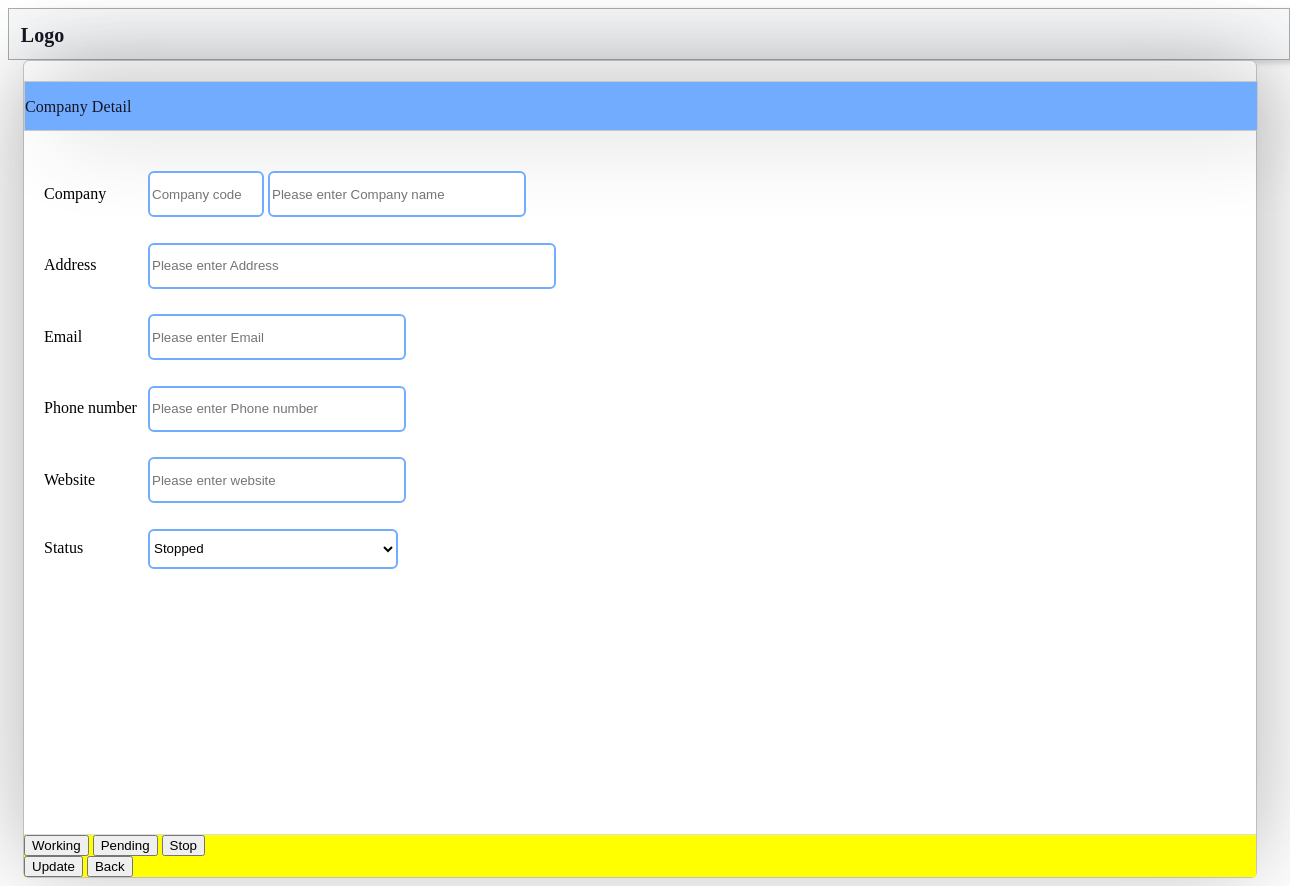
Repository: Zain1409/company
Page: client/html/CompanyDetail.html
An editor plug-in stored every save of this project. The page is shown before and after the next save, followed by the edit.
The browser window is 1280 px wide. The page is 1290 px wide, so the pictures cover 1290 px, including what lies to the right of the window. The pictures show the whole page.

Above is the page before, as saved 2021-04-04 21:37:02.

After the next save:
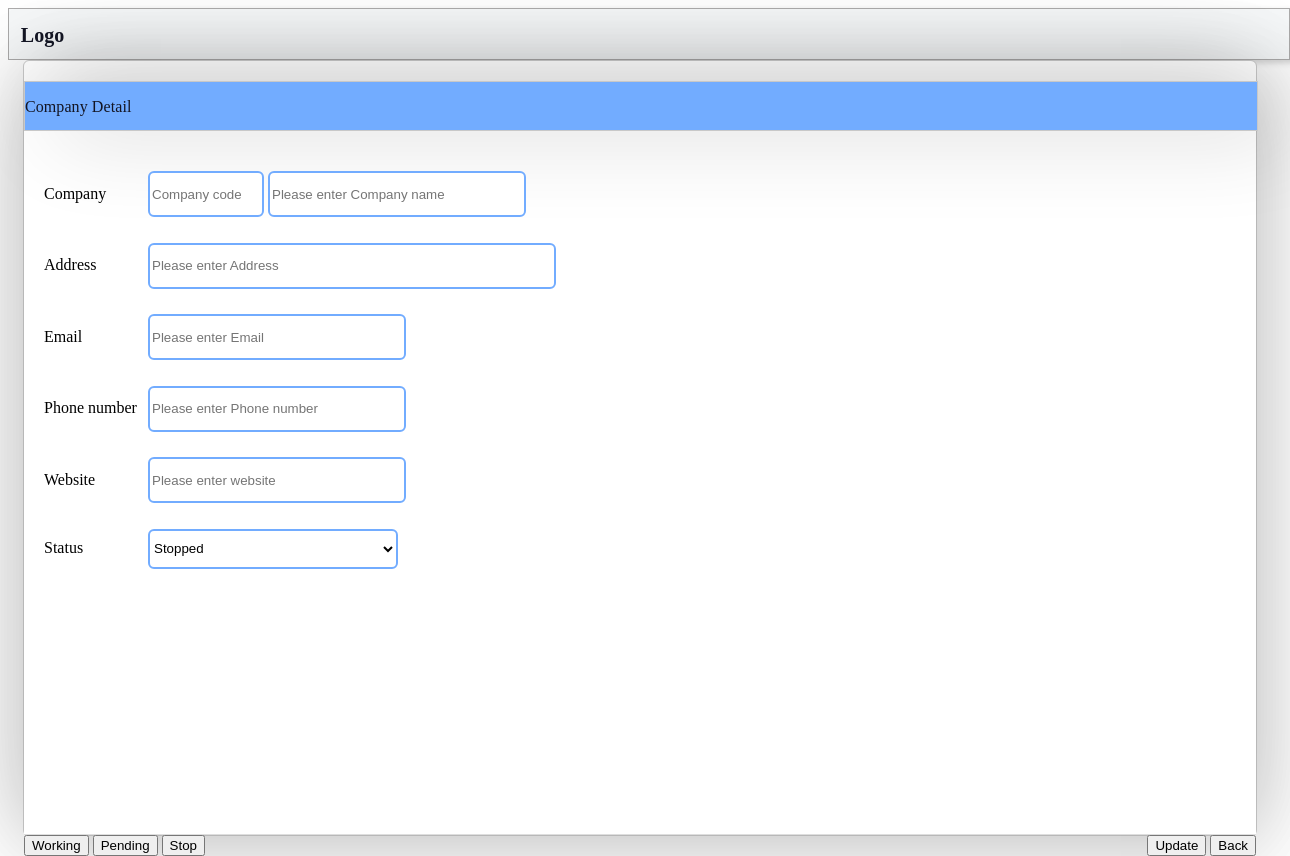
Saved 39 s later.
--- a/client/css/CompanyDetail.css
+++ b/client/css/CompanyDetail.css
@@ -98,3 +98,9 @@
     border-top: 1px solid #DEDEDE;
     background-color: yellow;
 }
+#button_left{
+    float: left;
+}
+#button_right{
+    float: right;
+}
